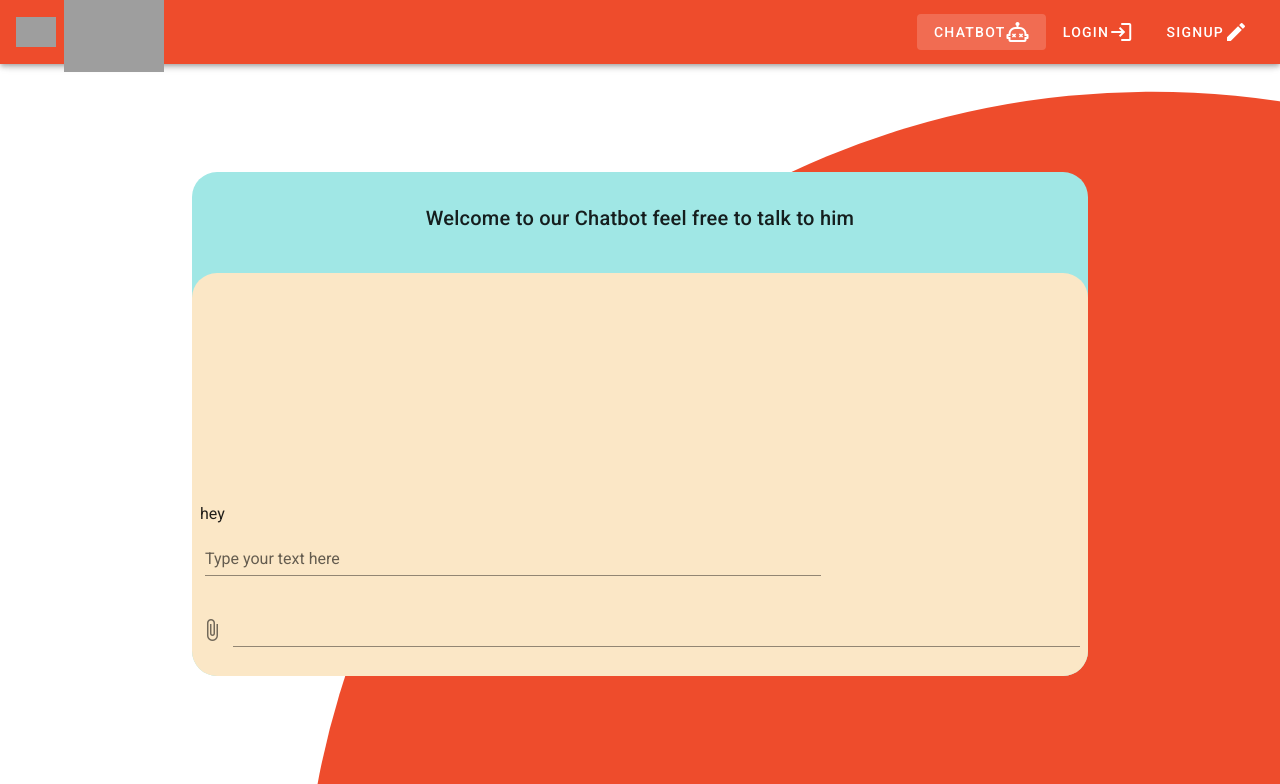
Repository: atout811/pyTorch-Hackathon
Page: /chatbot (app in frontend/)
The author's editor kept a copy of each file at every save. The page is drawn from the files as they stood at one save, then again after the next save.
The browser window is 1280 px wide. The pictures show the whole page.
Pictures or frames that could not be fetched are drawn as grey boxes. The project was rebuilt for these pictures with package versions that can differ from the ones it lists, and the page was loaded fresh each time. Also part of the build but not shown: frontend/vue.config.js, frontend/src/views/Home.vue.

Above is the page before, as saved 2021-10-21 15:07:51.

### frontend/src/main.js
import Vue from 'vue'
import App from './App.vue'
import './registerServiceWorker'
import router from './router'
import store from './store'
import vuetify from './plugins/vuetify'
import instance from './plugins/axios'

Vue.config.productionTip = false
Vue.prototype.$axios = instance;

new Vue({
  router,
  store,
  vuetify,
  render: function (h) { return h(App) }
}).$mount('#app')

### frontend/src/App.vue
<template>
  <v-app>
    <v-app-bar app color="primary" dark>
      <div class="d-flex align-center">
        <v-img
          alt="Vuetify Logo"
          class="shrink mr-2"
          contain
          src="https://cdn.vuetifyjs.com/images/logos/vuetify-logo-dark.png"
          transition="scale-transition"
          width="40"
        />

        <v-img
          alt="Vuetify Name"
          class="shrink mt-1 hidden-sm-and-down"
          contain
          min-width="100"
          src="https://cdn.vuetifyjs.com/images/logos/vuetify-name-dark.png"
          width="100"
        />
      </div>

      <v-spacer></v-spacer>
      <v-btn to="/chatbot" text>
        <v-text>Chatbot</v-text>
        <v-icon>mdi-robot-dead-outline</v-icon>
      </v-btn>
      <v-btn to="/login" text>
        <v-text>Login</v-text>
        <v-icon>mdi-login</v-icon>
      </v-btn>
      <v-btn to="/signup" text>
        <v-text>Signup</v-text>
        <v-icon>mdi-pencil</v-icon>
      </v-btn>
    </v-app-bar>

    <v-main class="bubble">
      <router-view />
    </v-main>
  </v-app>
</template>

<script>
export default {
  name: "App",

  data: () => ({
    //
  }),
};
</script>
<style>
.bubble::before {
  background-color: var(--v-primary-base);
  clip-path: circle(80% at 90% 120%);
  width: 100%;
  height: 100%;
  content: "";
  position: absolute;
  box-sizing: none;
  top: 0;
  left: 0;
}
</style>

### frontend/src/router/index.js
import Vue from "vue";
import VueRouter from "vue-router";
import Home from "../views/Home.vue";

Vue.use(VueRouter);

const routes = [
  {
    path: "/",
    name: "Home",
    component: Home,
  },
  {
    path: "/about",
    name: "About",
    // route level code-splitting
    // this generates a separate chunk (about.[hash].js) for this route
    // which is lazy-loaded when the route is visited.
    component: function() {
      return import(/* webpackChunkName: "about" */ "../views/About.vue");
    },
  },
  {
    path: "/login",
    name: "Login",
    // route level code-splitting
    // this generates a separate chunk (Login.[hash].js) for this route
    // which is lazy-loaded when the route is visited.
    component: function() {
      return import(/* webpackChunkName: "Login" */ "../views/Login.vue");
    },
  },
  {
    path: "/signup",
    name: "Signup",
    // route level code-splitting
    // this generates a separate chunk (Signup.[hash].js) for this route
    // which is lazy-loaded when the route is visited.
    component: function() {
      return import(/* webpackChunkName: "Signup" */ "../views/Signup.vue");
    },
  },
  {
    path: "/chatbot",
    name: "chatbot",
    // route level code-splitting
    // this generates a separate chunk (Signup.[hash].js) for this route
    // which is lazy-loaded when the route is visited.
    component: function() {
      return import(/* webpackChunkName: "Signup" */ "../views/Chatbot.vue");
    },
  },
];

const router = new VueRouter({
  mode: "history",
  base: process.env.BASE_URL,
  routes,
});

export default router;

### frontend/src/plugins/vuetify.js
import Vue from 'vue';
import Vuetify from 'vuetify/lib/framework';

Vue.use(Vuetify);

export default new Vuetify({
    theme: {
        themes: {
            light: {
                primary: "#ee4c2c"
            }
        }, options: {
            customProperties: true
        },
    }
});

### frontend/src/plugins/axios.js
import axios from "axios";

const instance = axios.create({
    headers: {
        "Content-Type": "application/json"
    }
})

export default instance;

### frontend/src/views/Chatbot.vue
<template>
  <div class="baba">
    <div class="container">
      <h1 class="title">Welcome to our Chatbot feel free to talk to him</h1>
      <div class="chat-container">
        <div class="messages">hey</div>
        <div class="input-group">
          <v-text-field
            class="text-input"
            label="Type your text here"
          ></v-text-field>
          <v-file-input accept="image/*"></v-file-input>
        </div>
      </div>
    </div>
  </div>
</template>

<script>
export default {
  name: "chatbot",
  data() {
    return {
      chat: [],
    };
  },
};
</script>

<style>
.baba {
  height: 100vh;
  width: 100vw;
  display: flex;
}
.container {
  height: 70vh;
  width: 70vw;
  padding: 0;
  align-self: center;
  background-color: #a0e7e5;
  border-radius: 25px;
  display: flex;
  flex-direction: column;
  justify-content: space-between;
  align-items: center;
}
.title {
  margin: 10px;
  margin-top: 30px;
}
.chat-container {
  height: 80%;
  width: 100%;
  background-color: #fbe7c6;
  border-radius: 25px;
  display: flex;
  flex-direction: column;
  justify-content: flex-end;
  padding: 8px;
}
.text-input {
  width: 70%;
  margin: 5px;
}
</style>

Loaded but not shown: frontend/public/index.html (common file); frontend/src/registerServiceWorker.js (common file); frontend/src/store/index.js (common file)

After the next save:
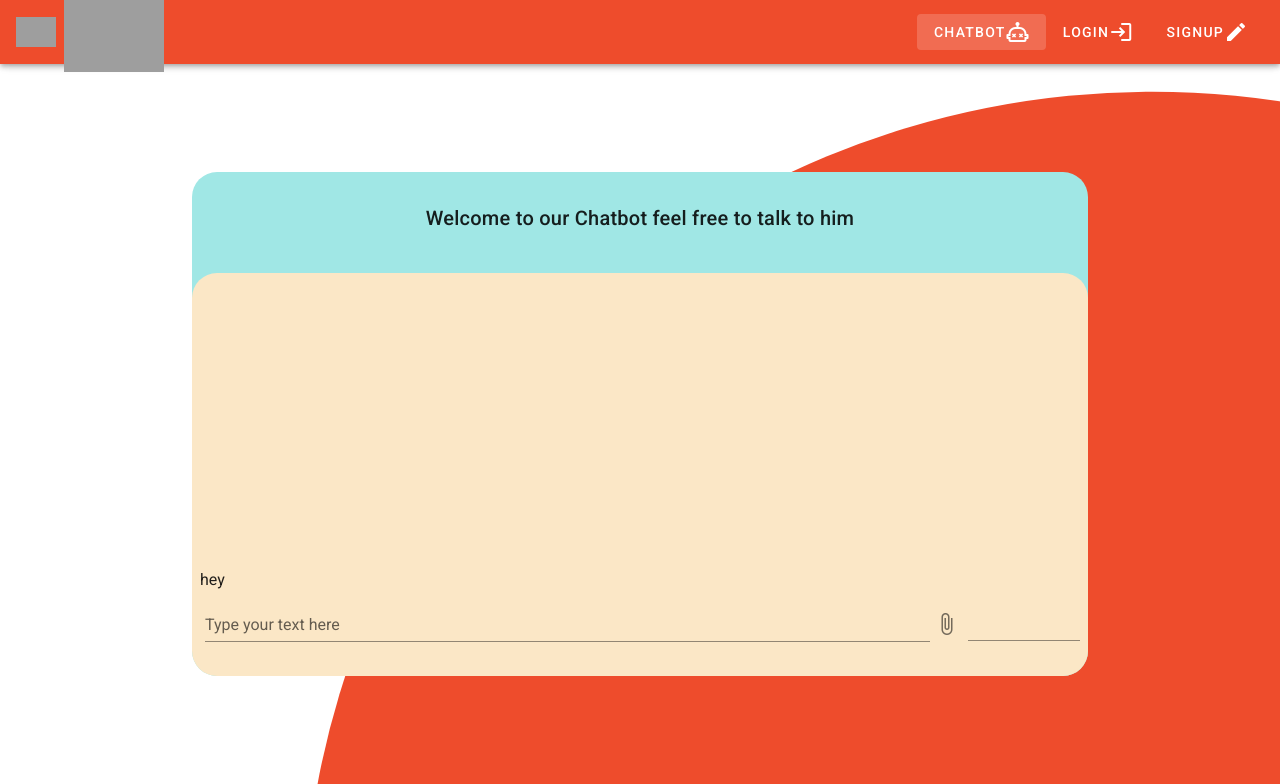
Saved 2 min 19 s later.
--- a/frontend/src/views/Chatbot.vue
+++ b/frontend/src/views/Chatbot.vue
@@ -63,4 +63,7 @@ export default {
   width: 70%;
   margin: 5px;
 }
+.input-group {
+  display: flex;
+}
 </style>
